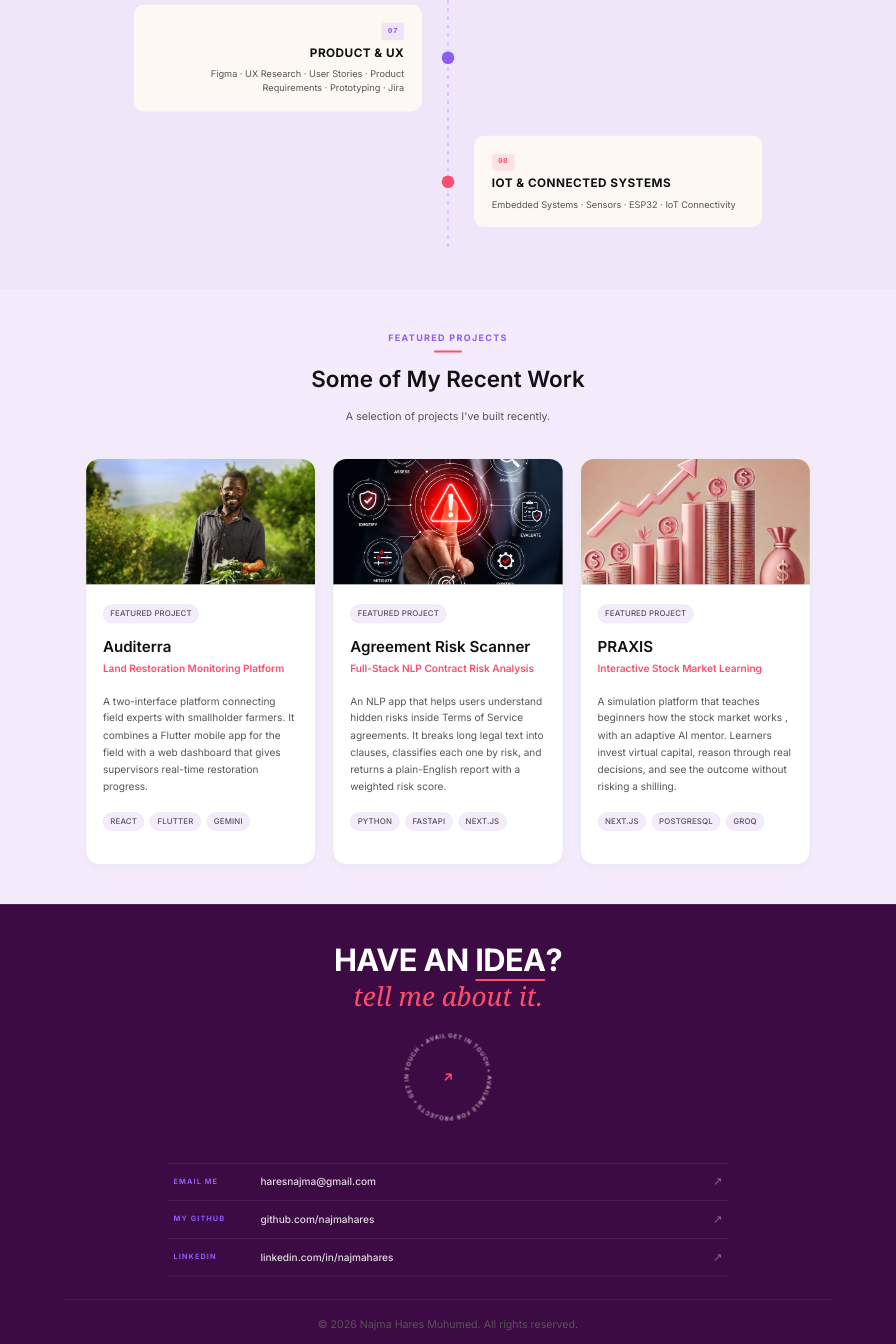
Repository: najmahares/portfolio
Page: index.html
An editor plug-in stored every save of this project. The page is shown before and after the next save, followed by the edit.
The browser window is 1280 px wide. The pictures show the part of the page from y = 2712 to 4632 px (the page is 4632 px tall before and 4592 px after), at 70% of full size.

Above is the page before, as saved 2026-09-19 11:44:32.

After the next save:
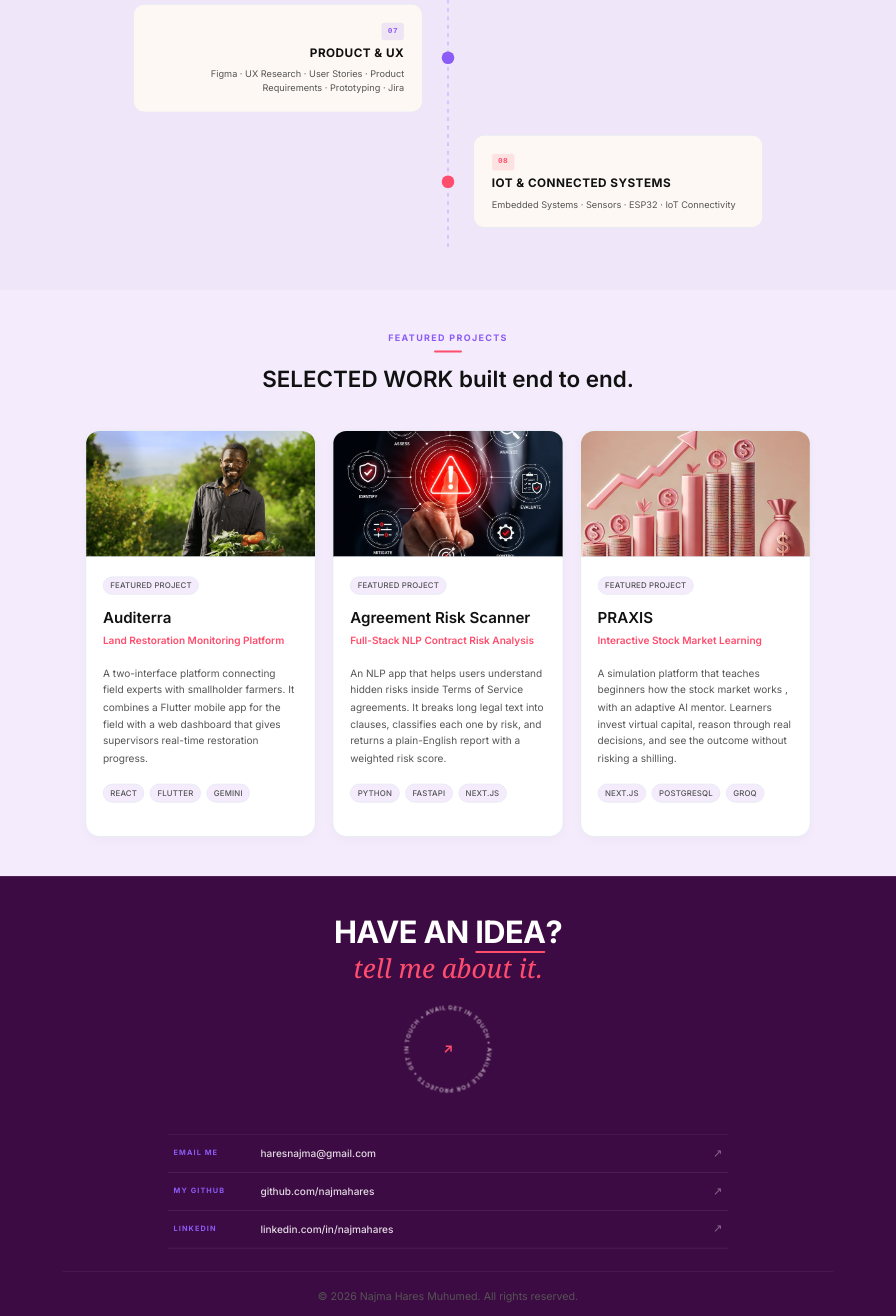
Saved 2 min 43 s later.
--- a/index.html
+++ b/index.html
@@ -248,8 +248,10 @@
       <div class="container">
         <div class="section-header reveal">
           <span class="section-tag">FEATURED PROJECTS</span>
-          <h2>Some of My Recent Work</h2>
-          <p>A selection of projects I've built recently.</p>
+          <h2 class="projects-headline">
+            SELECTED WORK
+            <span class="projects-headline-italic">built end to end.</span>
+          </h2>
         </div>
 
         <div class="projects-grid">
